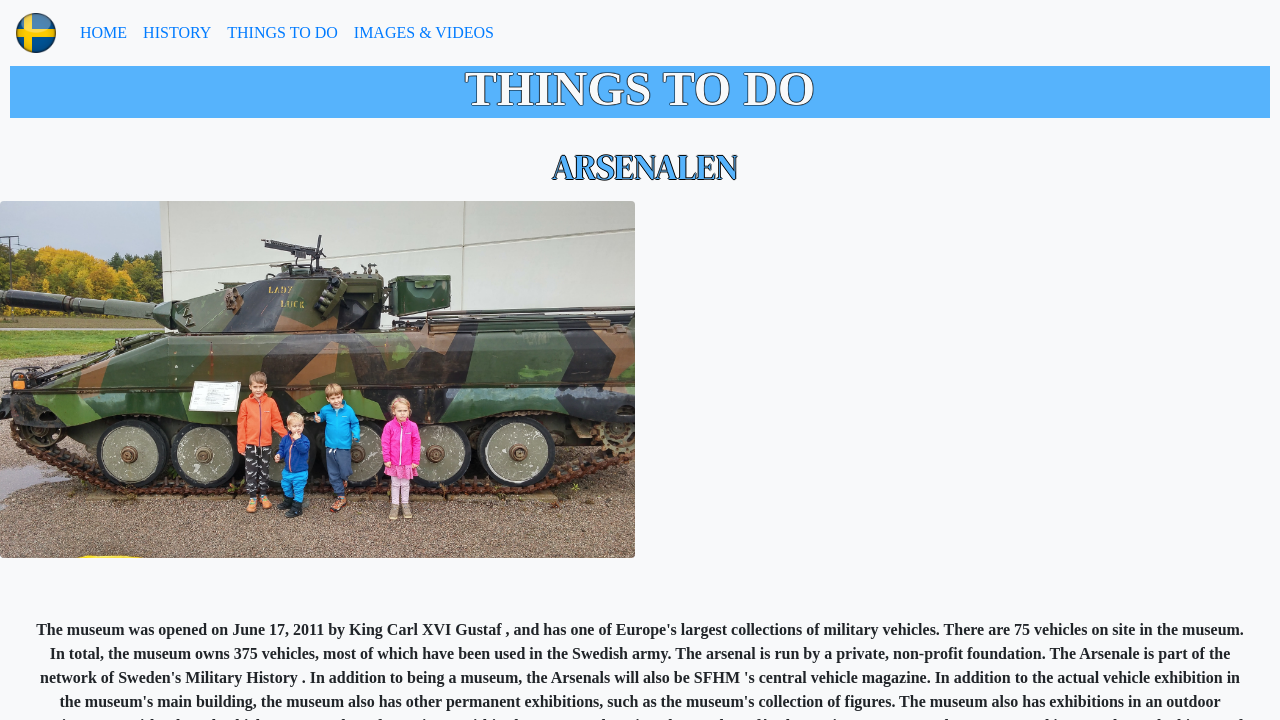
Repository: kososwede/first-project
Page: places.html
The author's editor kept a record of every edit. The page is drawn from the files as they stood at one moment, then again after the next edit.
The browser window is 1280 px wide. The pictures show the whole page.
An inner scrolling area shows only its first screen. Some web fonts or font styles are not loaded; a fallback is used.

Above is the page before.

### places.html
<!DOCTYPE html>
<html lang="en">

<head>
  <meta charset="UTF-8">
  <meta name="viewport" content="width=device-width, initial-scale=1.0">
  <meta http-equiv="X-UA-Compatible" content="ie=edge">
  <link rel="stylesheet" href="https://stackpath.bootstrapcdn.com/bootstrap/4.3.1/css/bootstrap.min.css" integrity="sha384-ggOyR0iXCbMQv3Xipma34MD+dH/1fQ784/j6cY/iJTQUOhcWr7x9JvoRxT2MZw1T" crossorigin="anonymous">
  <link rel="stylesheet" href="https://stackpath.bootstrapcdn.com/font-awesome/4.7.0/css/font-awesome.min.css" type="text/css" />
  <link rel="stylesheet" href="https://cdnjs.cloudflare.com/ajax/libs/ionicons/2.0.1/css/ionicons.min.css">
  <link rel="stylesheet" href="https://cdnjs.cloudflare.com/ajax/libs/hover.css/2.3.1/css/hover-min.css" integrity="sha256-c+C87jupO1otD1I5uyxV68WmSLCqtIoNlcHLXtzLCT0=" crossorigin="anonymous" />
  <link rel="stylesheet" href="assets/css/style.css" type="text/css" />
  <title>Welcome To Strängnäs</title>
  <title>Document</title>
</head>

<body>

  <!----------------------header-------------------------->

  <!----------nav------->

  <nav class="navbar navbar-expand-lg navbar-light bg-light fixed-top">
    <a class="navbar-brand" href="index.html"><img class="image-size" src="assets/images/sweden-flag-png-1.png"></img></a>
    <button class="navbar-toggler" type="button" data-toggle="collapse" data-target="#navbarNavAltMarkup" aria-controls="navbarNavAltMarkup" aria-expanded="false" aria-label="Toggle navigation">
    <span class="navbar-toggler-icon"></span>
  </button>
    <div class="collapse navbar-collapse" id="navbarNavAltMarkup">
      <div class="navbar-nav">
        <a class="nav-item nav-link text-primary" href="index.html">HOME<span class="sr-only">(current)</span></a>
        <a class="nav-item nav-link text-primary" href="history.html">HISTORY</a>
        <a class="nav-item nav-link text-primary" href="places.html">THINGS TO DO</a>
        <a class="nav-item nav-link text-primary" href="images+videos.html">IMAGES & VIDEOS</a>
      </div>
    </div>
  </nav>

  <!---------------main------------------------------------>

  <div id="container">
    <h1 class="to-do">THINGS TO DO</h1>
    <h2 class="to-do-sub-head1">ARSENALEN</h2>
    <div class="row">
      <div class="col-6">
        <img src="assets/images/arsenalen.jpg" class="rounded float-center img-fluid"></img>
      </div>
      <div class="col-12">
        <p> The museum was opened on June 17, 2011 by King Carl XVI Gustaf , and has one of Europe's largest collections of military vehicles. There are 75 vehicles on site in the museum. In total, the museum owns 375 vehicles, most of which have been used
          in the Swedish army. The arsenal is run by a private, non-profit foundation. The Arsenale is part of the network of Sweden's Military History . In addition to being a museum, the Arsenals will also be SFHM 's central vehicle magazine. In addition
          to the actual vehicle exhibition in the museum's main building, the museum also has other permanent exhibitions, such as the museum's collection of figures. The museum also has exhibitions in an outdoor environment with selected vehicles on
          a number of occasions. Within the museum there is a shop and a café. The Regiment Museum that was opened in 2014 shows the history of Södermanland's regiments, which extends from 1634 to 2005. The museum consists of a number of different exhibitions,
          where the story begins to be told at a soldier's village when Södermanland's regiment was an infantry regiment and ended inside the vehicle hall, when Södermanland's regiment was a modern armory regiment .
        </p>

        <p>To visit the Arsenalen website <a href="https://arsenalen.se/" target="_blank">CLICK HERE!!</a>
      </div>
    </div>
    <hr>
    <h2 class="to-do-sub-head1">STRÄNGNÄS DOMKYRKA</h2>
    <div class="row">
      <div class="col-12">
        <img src="assets/images/church1.jpg" class="rounded float-center img-fluid"></img>
      </div>
      <div class="col-12">
        <p>The cathedral is built mainly of bricks in the characteristic Scandinavian Brick Gothic style. The original church was built of wood, probably during the first decades of the 12th century, on a spot where pagan rituals used to take place and where
          the missionary Saint Eskil was killed during the mid 11th century. The wooden church was not rebuilt in stone and bricks until 1340, just after Strängnäs became a diocese. The cathedral contains a mixture of decorative styles. The nave, chancel,
          and sanctuary are highly traditional, with a very large triptych reredos dominating the high altar at the east end of the building. However, two of the side chapels have been refurbished in highly contemporary style, with modern altars, and
          abstract artistic decoration and religious symbolism. The cathedral contains the tombs of Charles IX of Sweden, Sten Sture the Elder, and Maria of Palatinate-Simmern. On 31 July 2018, the burial regalia (two crowns and an orb) of Charles IX
          and Christina of Holstein-Gottorp were stolen in a daylight robbery with the thieves escaping by boat. In February 2019 it was reported that the regalia had been found and a man was facing trial accused of the theft.
        </p>
        <p>To visit the Strängnäs Cathedral website <a href="https://www.svenskakyrkan.se/strangnas" target="_blank">CLICK HERE!!</a></p>
      </div>
    </div>
    <hr>
    <h2 class="to-do-sub-head1">STRÄNGNÄS VÄDERKVARN</h2>
    <div class="row">
      <div class="col-12">
        <img src="assets/images/windmill.jpg" class="rounded float-center img-fluid"></img>
      </div>
      <div class="col-12">
        <p>Strängnäs windmill is located at Kvarnkullen in central Strängnäs , northwest of Strängnäs Cathedral . The mill was built in 1855, and is of the Dutch type . It has been owned by Strängnäs municipality since 1918 . The mill is visible from large
          parts of the city, and is declared as a building memory by the county administrative board of Södermanland County , according to which it has a "great cultural and local history interest. On the hillside of Kvarnkull, down towards the city,
          there are a lot of older wooden buildings that survived the city fire in 1871, including the Grassagården . Today's mill was ready in 1855, and the machinery is basically entirely made of wood. Via a drive shaft, the force from the sailcloth-covered
          wings was transferred to four mill stones . The mill is of the Dutch type , with a rotatable top dome, which means that it can be rotated to optimally utilize the wind's power. The mill house is eight-sided and stands on the stone floor. It
          is 14.5 meters high, with a diameter of 10.5 meters at ground level, which is greater than what mills of this type usually are. The wings are six in number and the largest six-wing mill in Sweden, and their diameter is 21.5 meters while the
          circumference of the wing tips is 67.5 meters. The machinery is still almost completely intact, and the mill is probably still fully functional. On April 1, 1918, the mill was sold to Strängnäs municipality by Mathilda Karlsson and her children
          Erland, Elsa and Edmund. The municipality paid SEK 40,000 for the mill with surrounding living quarters and barn. Then Erland Karlsson leased the mill for a few decades. The mill was electrified in 1922, with an open electric motor of 30 horsepower
          from ASEA . After the mill has been taken out of operation, some small repairs have been made. The largest of these occurred in the 1950s; The foundation was strengthened in 1956 and a major refurbishment was made in 1957. Today, the mill is
          included in Strängnäs Museum's area of responsibility. Hembygdsföreningen Strängnäs gille organizes special occasions on the mill, and in the summer there is a serving at the mill.
        </p>
        <p>To visit the Strängnäs väderkvarn website <a href="https://www.strangnas.se/uppleva-och-gora/turism/se-och-gora/sevardheter/sevardheter-i-strangnas" target="_blank">CLICK HERE!!</a></p>
      </div>
    </div>
    <hr>
    <h2 class="full-list">FOR A FULL LIST OF ACTIVITIES AND THINGS TO SEE</h2>
    <a href="https://www.strangnas.se/uppleva-och-gora" target="_blank">ENTER HERE</a></p>
<hr>
  </div>

  <!----------------------footer------------------------>
  <div class="footer-basic">
    <footer>
      <div class="social"><a href="#"><i class="icon ion-social-instagram"></i></a><a href="#"><i class="icon ion-social-snapchat"></i></a><a href="#"><i class="icon ion-social-twitter"></i></a><a href="#"><i class="icon ion-social-facebook"></i></a></div>
      <h2>For more information about Strängnäs and the surrounding area search for "Södermanland" in the social media links above or enter your Email below to receive up to date offers and discounts on activities and restaurants in the whole of Södermanland.</h3>
        <form class="form-inline justify-content-center">
          <div class="form-group">
            <input type="email" class="form-control" id="email" aria-describedby="emailHelp" placeholder="Enter email">
            <button type="submit" class="btn btn-primary">Submit</button>
          </div>
        </form>

    </footer>
    <p class="copyright">Chris McIlgrew © 2019</p>

  </div>




  <script src="https://code.jquery.com/jquery-3.3.1.slim.min.js" integrity="sha384-q8i/X+965DzO0rT7abK41JStQIAqVgRVzpbzo5smXKp4YfRvH+8abtTE1Pi6jizo" crossorigin="anonymous"></script>
  <script src="https://cdnjs.cloudflare.com/ajax/libs/popper.js/1.14.7/umd/popper.min.js" integrity="sha384-UO2eT0CpHqdSJQ6hJty5KVphtPhzWj9WO1clHTMGa3JDZwrnQq4sF86dIHNDz0W1" crossorigin="anonymous"></script>
  <script src="https://stackpath.bootstrapcdn.com/bootstrap/4.3.1/js/bootstrap.min.js" integrity="sha384-JjSmVgyd0p3pXB1rRibZUAYoIIy6OrQ6VrjIEaFf/nJGzIxFDsf4x0xIM+B07jRM" crossorigin="anonymous"></script>
</body>

</html>

### assets/css/style.css
@import url('https://fonts.googleapis.com/css?family=Sniglet&display=swap');
@import url('https://fonts.googleapis.com/css?family=Courgette&display=swap');
@import url('https://fonts.googleapis.com/css?family=DM+Serif+Display&display=swap');
body,
html {
    width: 100%;
    height: 100%;
    overflow-x: hidden;
}

body {
    font-family: 'Source Sans Pro';


}
 navbar {
     margin-right: 10px;
 }


.image-size {
    height: 40px;
}


.masthead {
    min-height: 30rem;
    position: relative;
    display: table;
    width: 100%;
    height: 100%;
    padding-top: 0rem;
    padding-bottom: 0rem;
    background: -webkit-gradient(linear, left top, right top, from(rgba(255, 255, 255, 0.1)), to(rgba(255, 255, 255, 0.1))), url("../images/viewofstrangnas.jpg");
    background: linear-gradient(90deg, rgba(255, 255, 255, 0.1) 0%, rgba(255, 255, 255, 0.1) 100%), url("../images/viewofstrangnas.jpg");
    background-image: url(../images/viewofstrangnas.jpg);
    background-position: center center;
    background-repeat: no-repeat;
    background-size: cover;

}

h1 {
    font-weight: bolder;
    color: #dece0e;
    text-shadow: #000 0px 0px 1px, #000 0px 0px 1px, #000 0px 0px 1px,
    #000 0px 0px 1px, #000 0px 0px 1px, #000 0px 0px 1px;
    font-size: 3rem;

}

h3 {
    color: #fff;
    text-shadow: #000 0px 0px 1px, #000 0px 0px 1px, #000 0px 0px 1px,
    #000 0px 0px 1px, #000 0px 0px 1px, #000 0px 0px 1px;
}

/*-------------------------------------history*/

.history {
    color: #f8f9fa;
    background-color: #56b3fc;
    text-align: center;
    margin-top: 50px;
}

.history-sub-head1 {
   font-family: 'DM Serif Display', serif;
    padding-left: 10px;
    padding-top: 20px;
    font-size: 35px;
    color: #56b3fc ;
     text-shadow: -1px 0 black, 0 1px black, 1px 0 black, 0 -1px black;

}
#container {
    padding: 10px;
    margin-left: 0px;
    margin-right: 0px;
    display: inline-block;
    text-align: center;
    background-color: #f8f9fa;
}

/*-------------------------------------places-------------------------*/

.to-do {
    color: #f8f9fa;
    background-color: #56b3fc;
    text-align: center;
    margin-top: 50px;

}

.to-do-sub-head1 {
    font-family: 'DM Serif Display', serif;
    padding-left: 10px;
    padding-top: 20px;
    font-size: 35px;
    color: #56b3fc ;
     text-shadow: -1px 0 black, 0 1px black, 1px 0 black, 0 -1px black;
}



.img.fluid {
    width: 100%;
    height: auto;
}



.col-12 {
    padding-top: 35px;
    padding-right: 15px;
    text-align: center;


}


p {
    font-weight: bold;
    padding-top: 20px;
    padding-left: 25px;
    padding-right: 25px;
}

hr {
    width: 50%;
}

/*-------------------------------------images videos-------------------------*/
.imagesvideos {
    color: #f8f9fa;
    background-color: #56b3fc;
    text-align: center;
    margin-top: 50px;

}
.col-6 {
    padding: 5px;
}
iframe {
    padding: 5px;
}

/*-----------------------------------------footer--*/

.footer-basic {
    padding: 0px 0;
    background-color: #f8f9fa;
    color: #4b4c4d;
}

.footer-basic ul {
    padding-left: 50px;
    padding-right: 50px;
    list-style: none;
    text-align: center;
    font-size: 18px;
    line-height: 1.6;
    margin-bottom: 0;
}

.footer-basic li {
    padding: 0 10px;
}

.footer-basic ul a {
    color: inherit;
    text-decoration: none;
    opacity: 0.8;
}

.footer-basic ul a:hover {
    opacity: 1;
}

.footer-basic .social {
    text-align: center;
    padding-bottom: 25px;
    padding-top: 25px;
}

.footer-basic .social>a {
    font-size: 24px;
    width: 40px;
    height: 40px;
    line-height: 40px;
    display: inline-block;
    text-align: center;
    border-radius: 50%;
    border: 1px solid #ccc;
    margin: 0 8px;
    color: inherit;
    opacity: 0.75;

}

.footer-basic .social>a:hover {
    opacity: 0.9;
}

.footer-basic .copyright {
    margin-top: 15px;
    text-align: center;
    font-size: 13px;
    color: #aaa;
    margin-bottom: 0;
    padding-bottom: 15px;
}

.footer-basic h2 {
    font-size: 25px;
    font-style: italic;
    margin-left: 50px;
    margin-right: 50px;
    text-align: center;
}

btn {
    margin-top: 0;
}

/*-----------------------------history---*/

.col-lg-6 {
padding: 0;
margin: 0;
}

.content-section {
 padding-top: 0px;
 padding-right: 0;
 background-color: royalblue;


}

.history-color {
 color: #fff;
 text-decoration: underline yellow;
 }

  .col-lg-4 {
  width: 100%;
 }

After the next edit:
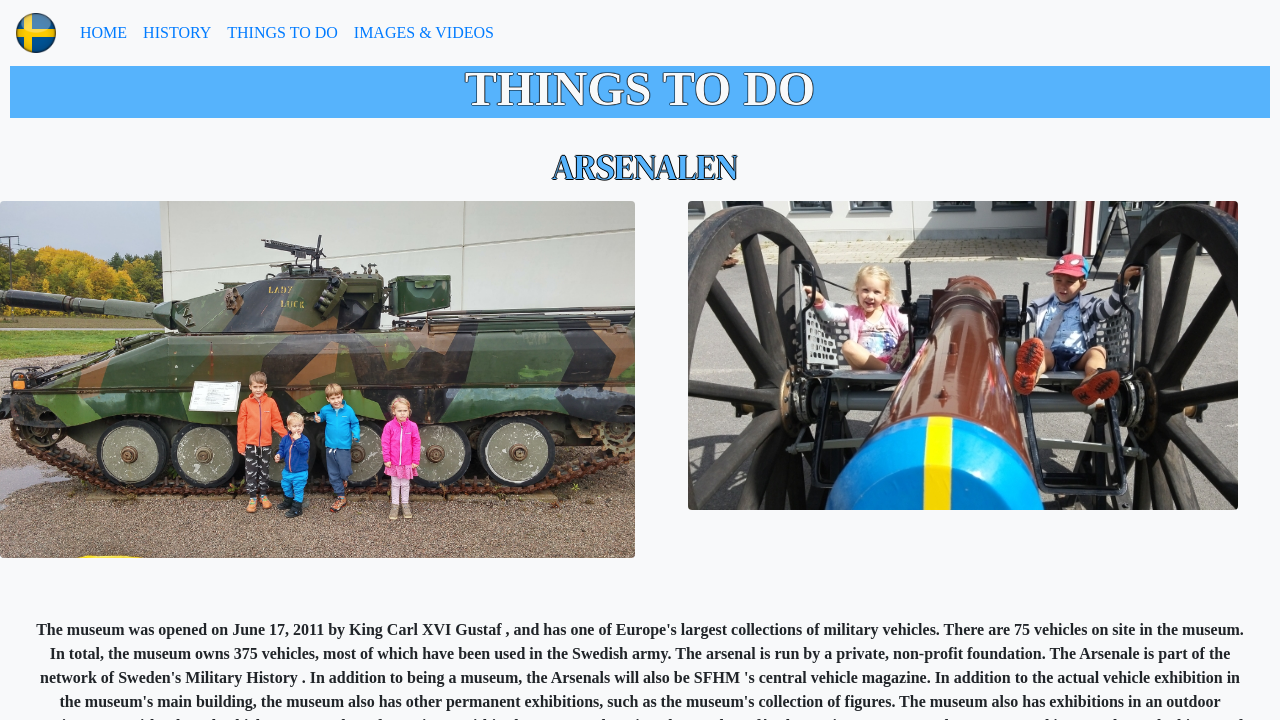
The edit:
--- a/places.html
+++ b/places.html
@@ -43,6 +43,9 @@
     <div class="row">
       <div class="col-6">
         <img src="assets/images/arsenalen.jpg" class="rounded float-center img-fluid"></img>
+      </div>
+       <div class="col-6">
+        <img src="assets/images/kids-arsenalen.jpg" class="rounded float-center img-fluid"></img>
       </div>
       <div class="col-12">
         <p> The museum was opened on June 17, 2011 by King Carl XVI Gustaf , and has one of Europe's largest collections of military vehicles. There are 75 vehicles on site in the museum. In total, the museum owns 375 vehicles, most of which have been used
